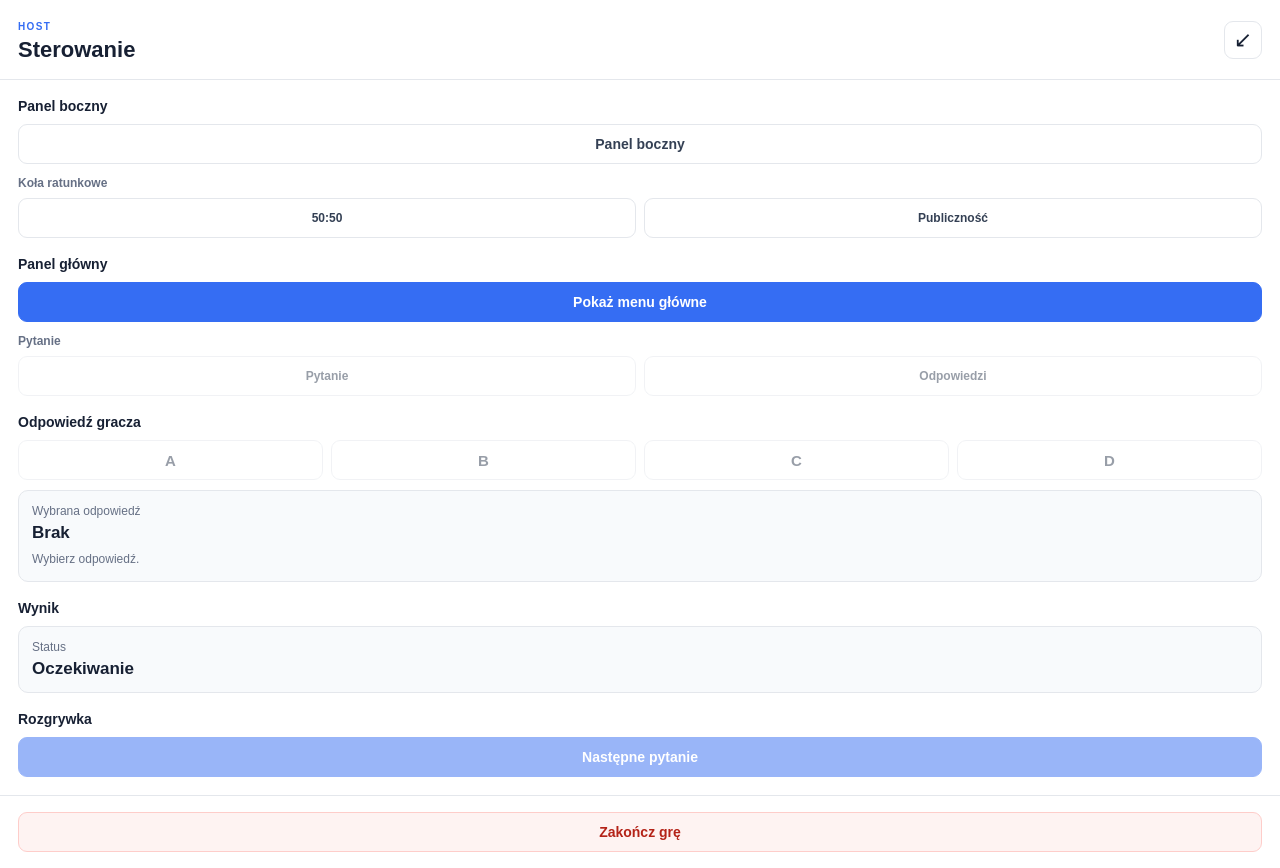
Repository: WaleonGames/HTGMilionerzy
Page: views/controls.html
These files come from the project's save history. The page is drawn as it stood at one moment and after a run of saves; the edit follows.
The browser window is 1280 px wide. The pictures show the whole page.

Above is the page before, as saved 2026-09-06 21:46:35.
Console error: TypeError: Cannot read properties of undefined (reading 'game')

After the next 3 saves:
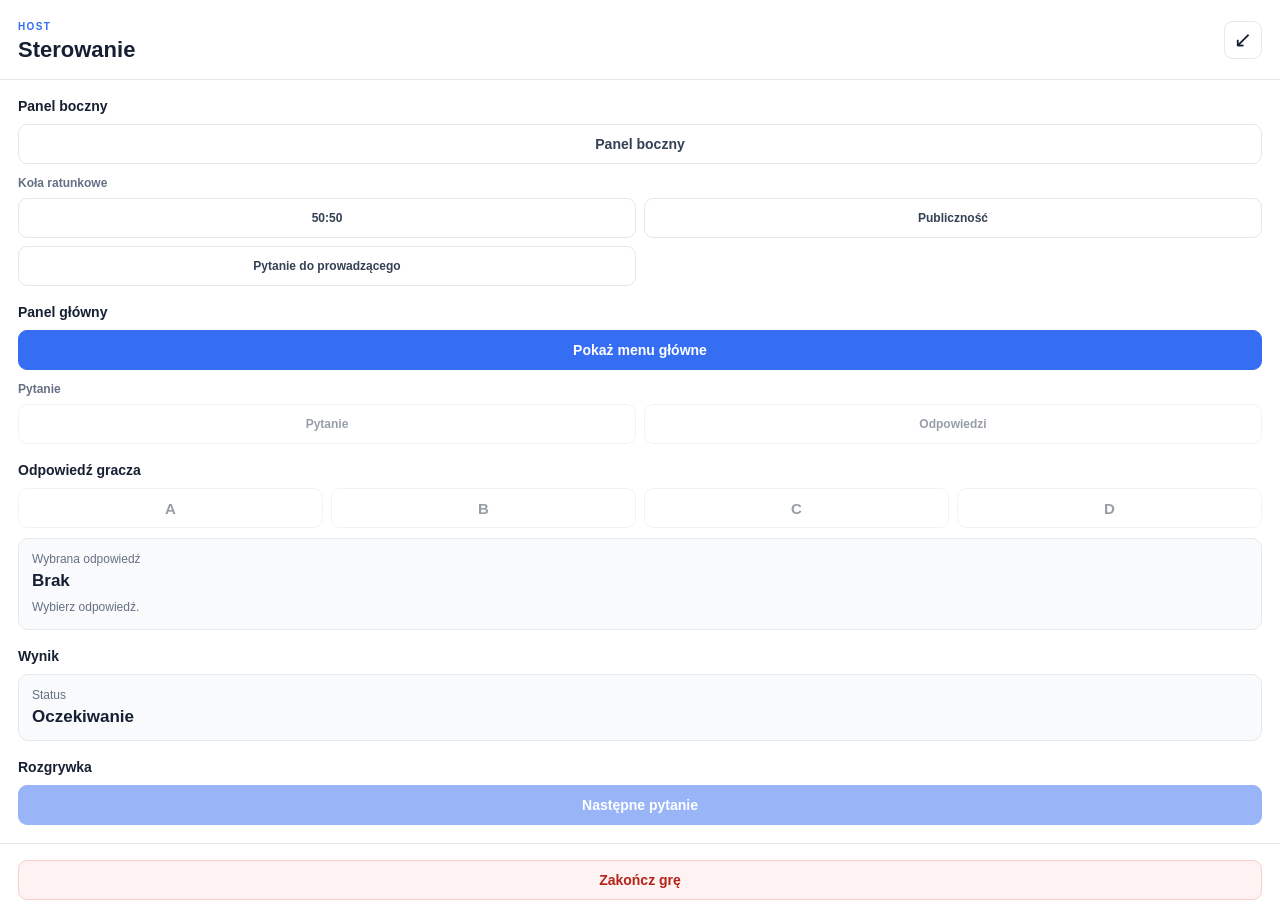
The 3 saves are shown as one change because they came seconds apart.
The last was saved 56 s later.
--- a/views/controls.html
+++ b/views/controls.html
@@ -85,6 +85,14 @@
             >
               Publiczność
             </button>
+
+              <button
+                id="lifelineHostButton"
+                class="game-button"
+                type="button"
+              >
+                Pytanie do prowadzącego
+              </button>
           </div>
         </div>
       </section>

After the 2 saves that followed:
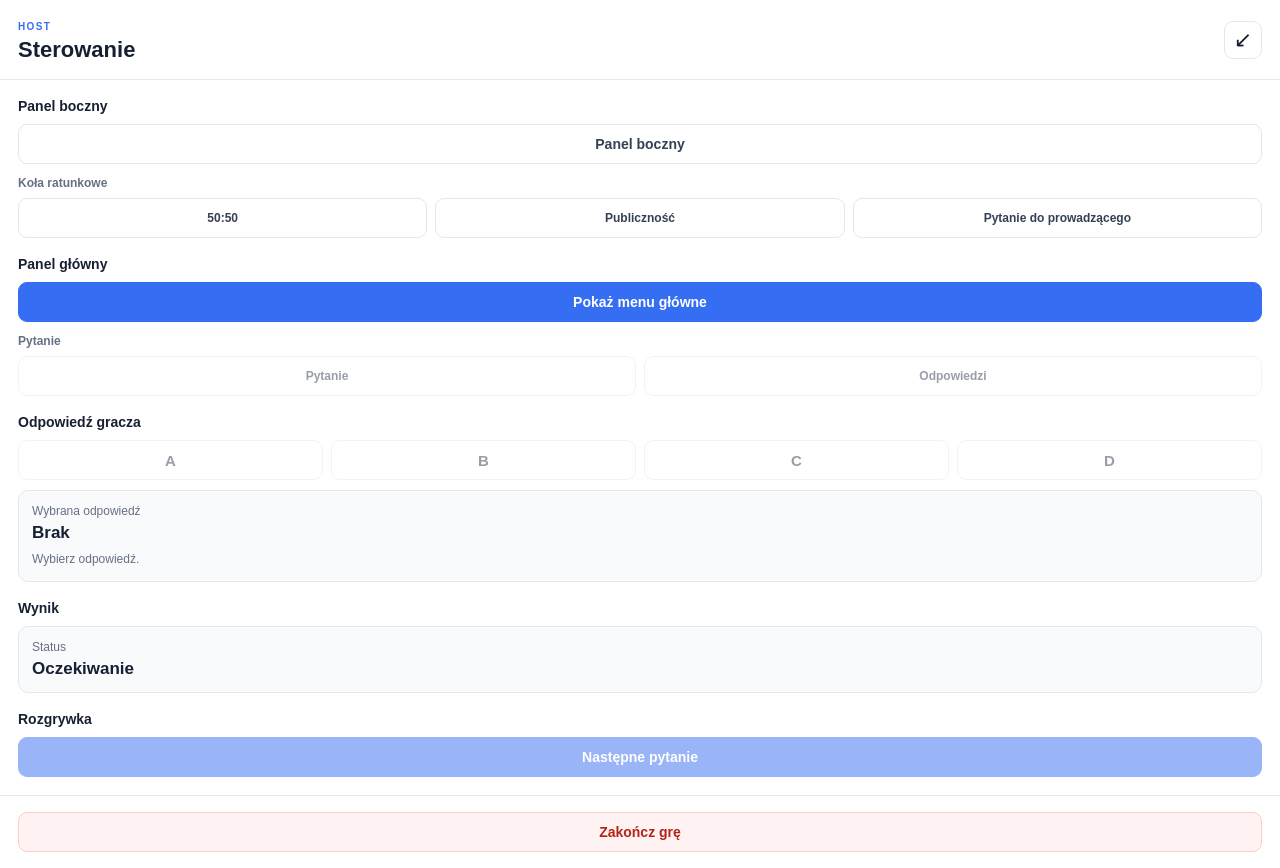
The 2 saves are shown as one change because 1 left the picture as it was.
The last was saved 14 s later.
--- a/views/controls.html
+++ b/views/controls.html
@@ -68,7 +68,7 @@
           </span>
 
           <div
-            class="game-display-controls game-display-controls-2"
+            class="game-display-controls game-display-controls-3"
           >
             <button
               id="lifeline5050Button"
@@ -86,13 +86,13 @@
               Publiczność
             </button>
 
-              <button
-                id="lifelineHostButton"
-                class="game-button"
-                type="button"
-              >
-                Pytanie do prowadzącego
-              </button>
+            <button
+              id="lifelineHostButton"
+              class="game-button"
+              type="button"
+            >
+              Pytanie do prowadzącego
+            </button>
           </div>
         </div>
       </section>
